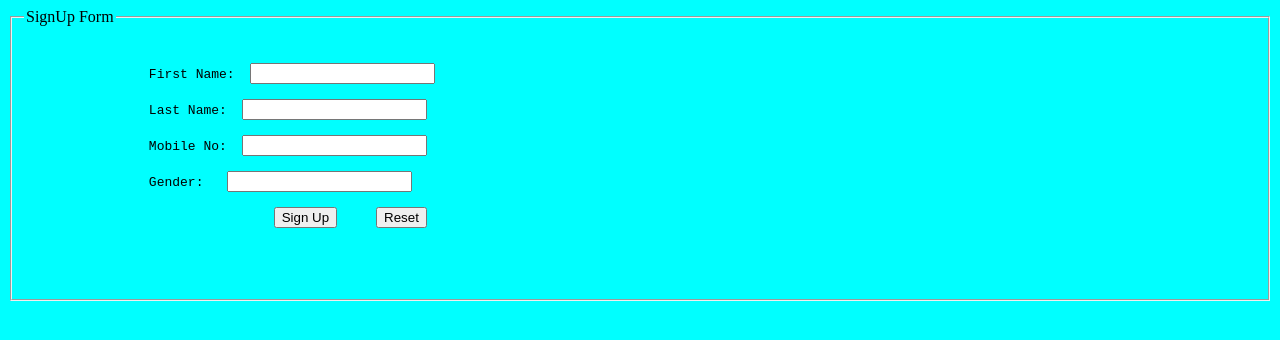
Repository: USChaurasiya/SpringCore
Page: http://localhost/SpringExample/
An editor plug-in stored every save of this project. The page is shown before and after the next save, followed by the edit.
The browser window is 1280 px wide. The pictures show the whole page.
The page is served by Tomcat 9.

Above is the page before, as saved 2017-02-14 07:36:12.

After the next save:
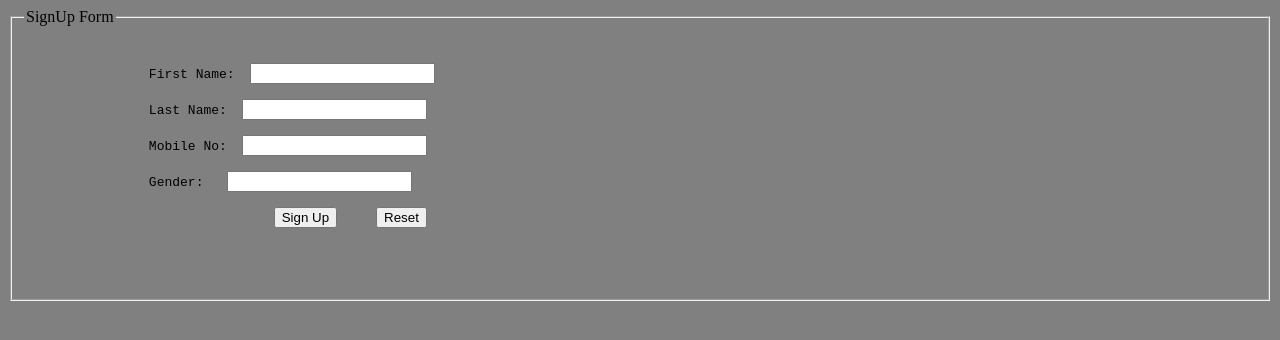
Saved 21 s later.
--- a/SpringExample/WebContent/Signup.jsp
+++ b/SpringExample/WebContent/Signup.jsp
@@ -6,7 +6,7 @@
 <meta http-equiv="Content-Type" content="text/html; charset=UTF-8">
 <title>Insert title here</title>
 </head>
-<body bgcolor="Aqua">
+<body bgcolor="grey">
 
 
 	<form action="signup.do" method="post">
